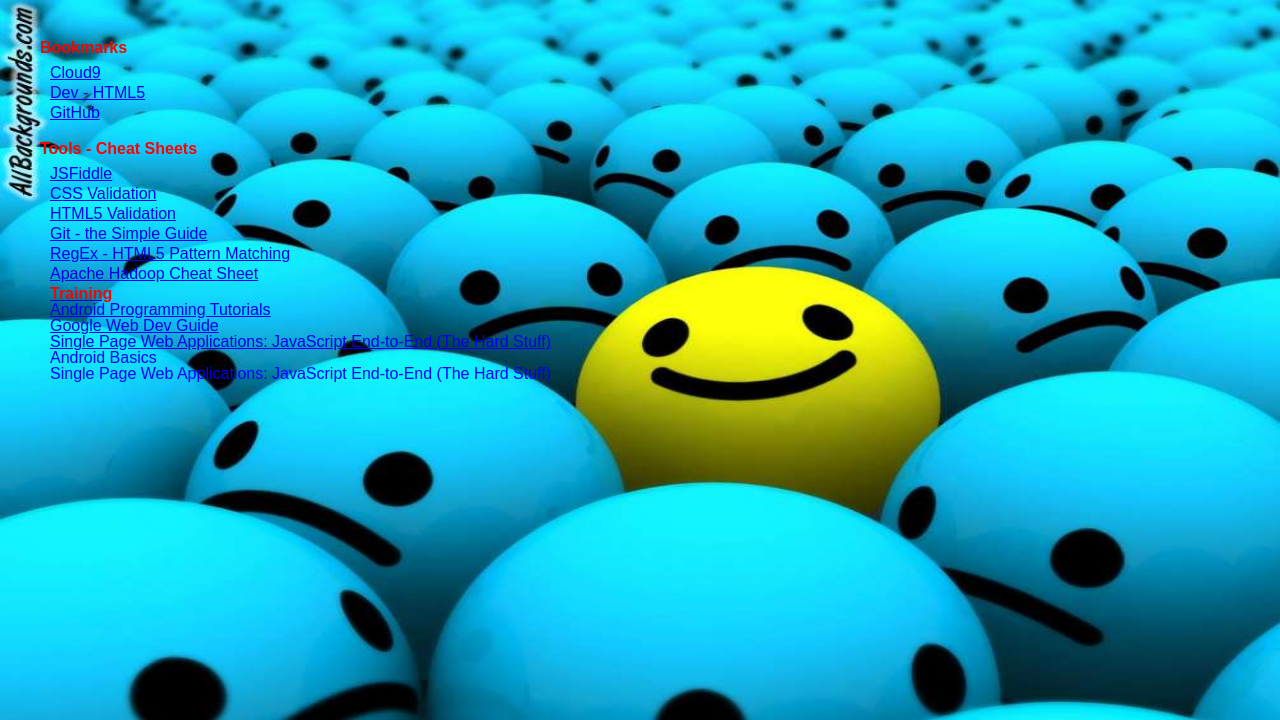
Repository: jksfoTemp/HTML5
Page: resources.html
The author's editor kept a record of every edit. The page is drawn from the files as they stood at one moment, then again after the next edit.
The browser window is 1280 px wide. The pictures show the whole page.

Above is the page before.

### resources.html
<!DOCTYPE html>

<html lang="en">
    <head>
        <meta charset="utf-8" />
        <title>jksfo Resource List</title>
        <link rel="stylesheet" href="css/resources.css" type="text/css"/>
        <link rel="stylesheet" href="css/reset.css" type="text/css"/>
    </head>

    <body>
        <div id="mainWrapper">
            <div id="content" class="content">
                <section id="bookmarks" class="section" >
                    <header>
                        <h1>Bookmarks</h1>
                        <p class="tagline"></p>
                    </header>
                <nav class="nav">
                        <ul>
                            <li class="li"><a href="https://ide.c9.io/jksfotemp/html5">
                            Cloud9</a></li>
                            <li class="li"><a href="https://html5-c9-jksfotemp.c9.io/default.14.html">
                            Dev - HTML5</a></li>
                            <li class="li"><a href="https://github.com/jksfoTemp">
                            GitHub</a></li>
                        </ul>
                    </nav>
                </section>

                <section id="tools" class="section" >
                    <header>
                        <h1>Tools - Cheat Sheets</h1>
                        <p class="tagline"></p>
                    </header>
                    <nav class="nav">
                        <ul>
                            <li class="li"><a href="http://jsfiddle.net/">
                            JSFiddle</a></li>
                            <li class="li"><a href="http://jigsaw.w3.org/css-validator/">
                            CSS Validation</a></li>
                            <li class="li"><a href="http://validator.w3.org/">
                            HTML5 Validation</a></li>
                            <li class="li"><a href="http://rogerdudler.github.io/git-guide/">
                            Git - the Simple Guide</a></li>
                            <li class="li"><a href="http://html5pattern.com/">
                            RegEx - HTML5 Pattern Matching</a></li>
                            <li class="li"><a href="./training/ApacheHadoopCheatSheet.pdf">
                            Apache Hadoop Cheat Sheet</a></li>
                            <li class="li"><a href="./training/test.txt">
        <header>
            <h1>Training</h1>
            <p class="tagline"></p>
        </header>

        <section>
            <nav>
                <li><a href="http://www.coreservlets.com/android-tutorial/">
                Android Programming Tutorials</a></li>
                <li><a href="http://developer.android.com/training/basics/firstapp/index.html">
                <li><a href="https://developers.google.com/web/fundamentals/getting-started/">
                Google Web Dev Guide</a></li>
                <li><a href="https://www.youtube.com/watch?v=OrIFaWJ9Glo">
                Single Page Web Applications: JavaScript End-to-End (The Hard Stuff)</a></li>
                Android Basics</a></li>
                Single Page Web Applications: JavaScript End-to-End (The Hard Stuff)</a></li>



                    </nav>
                </section>

            </div id="mainWrapper">
        </div id="content" class="content">
    </body>
</html>

### css/resources.css
/*
    Note CSS reset file
*/

html, body {
    margin: 0;
    padding: 0;
    height: 100%;
    font-family: Arial;
    color: blue;
    /* body style="background-image:url(BrokenWindows.png)" */
}

hr {
    height: 1px;
}

h1 {
    color: red;
}

#mainWrapper {
    top: 0px;
    left: 0px;
    position: absolute;
    height: 100%;
    width: 100%;
    display: inline-block;
    /* border: 2px solid red; */


    /* background: #FFFFFF  url('BrokenWindows.png') no-repeat bottom left; */
    background: #FFFFFF  url("./images/smiley-face.jpg") no-repeat bottom left;





    background-size: 100% 100%;
    width: 100%;
    height: 100%;
    height: auto !important;
    min-height:100%;
}

#content{

    margin: 20px;
    padding: 20px;
    /*
    background: url('BrokenWindows.png');
    background-repeat: no-repeat;
    background-position: center;
    */
    /* border: 2px solid blue; color: blue; */


    /* background: url("./images/BrokenWindows.png");
    / *no-repeat center center fixed;
    / *
    -webkit-background-size: cover;
    -moz-background-size: cover;
    -o-background-size: cover;
    */
    /* background-size: cover; */
}

.section {
    padding-bottom: 20px;
}

.nav {
    padding-top: 5px;
    padding-left: 10px;
}

.li {
    padding-top: 4px;
}

Loaded but not shown: css/reset.css (common file)

After the next edit:
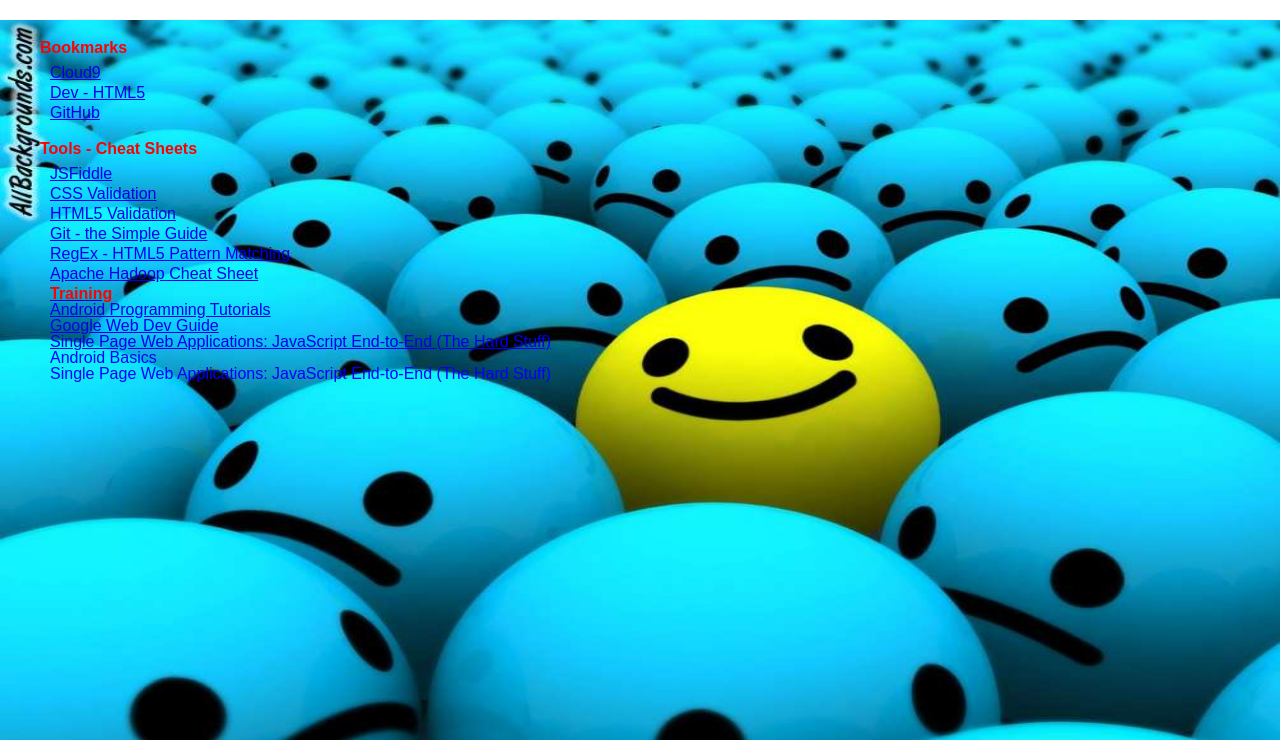
The edit:
--- a/css/resources.css
+++ b/css/resources.css
@@ -22,7 +22,7 @@
 #mainWrapper {
     top: 0px;
     left: 0px;
-    position: absolute;
+    /* position: relative;
     height: 100%;
     width: 100%;
     display: inline-block;

After the 4 edits that followed:
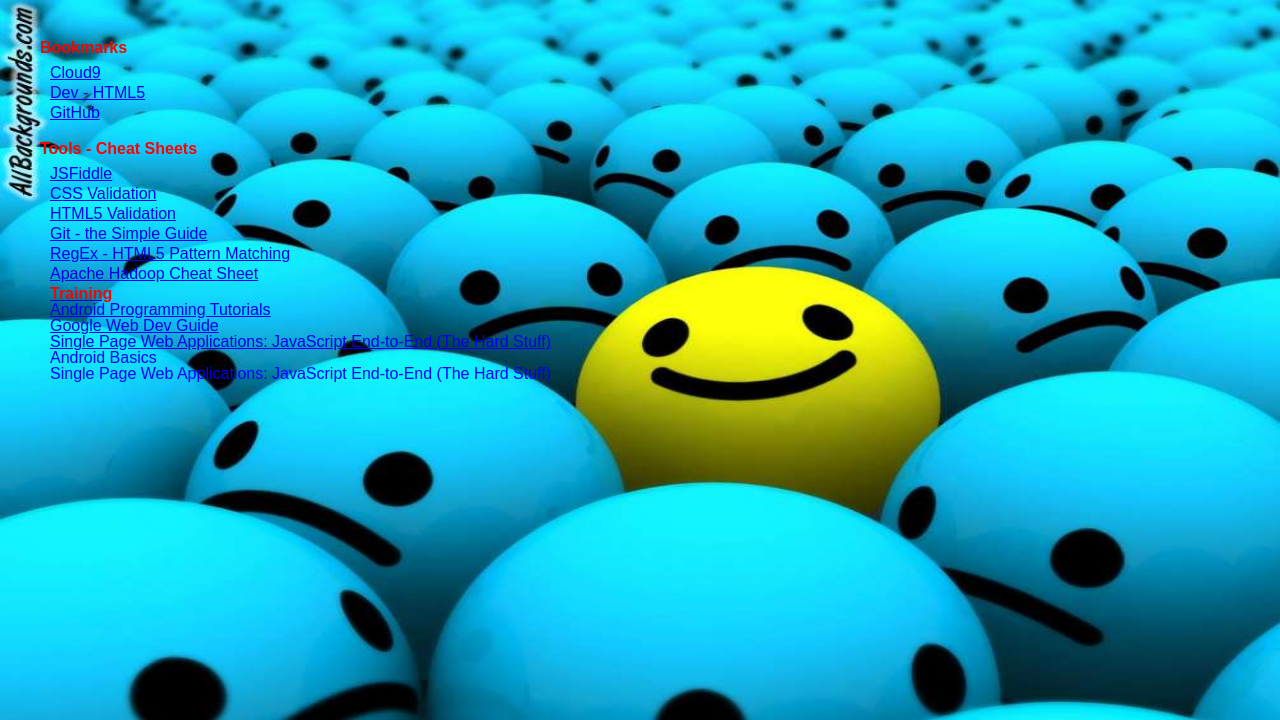
The 4 edits are shown as one change because 3 left the picture as it was.
The edit:
--- a/css/resources.css
+++ b/css/resources.css
@@ -22,18 +22,14 @@
 #mainWrapper {
     top: 0px;
     left: 0px;
-    /* position: relative;
+    position: relative;
     height: 100%;
     width: 100%;
     display: inline-block;
-    /* border: 2px solid red; */
 
 
     /* background: #FFFFFF  url('BrokenWindows.png') no-repeat bottom left; */
-    background: #FFFFFF  url("./images/smiley-face.jpg") no-repeat bottom left;
-
-
-
+    background: #FFFFFF  url("./images/smiley-face.jpg") no-repeat top center;
 
 
     background-size: 100% 100%;
